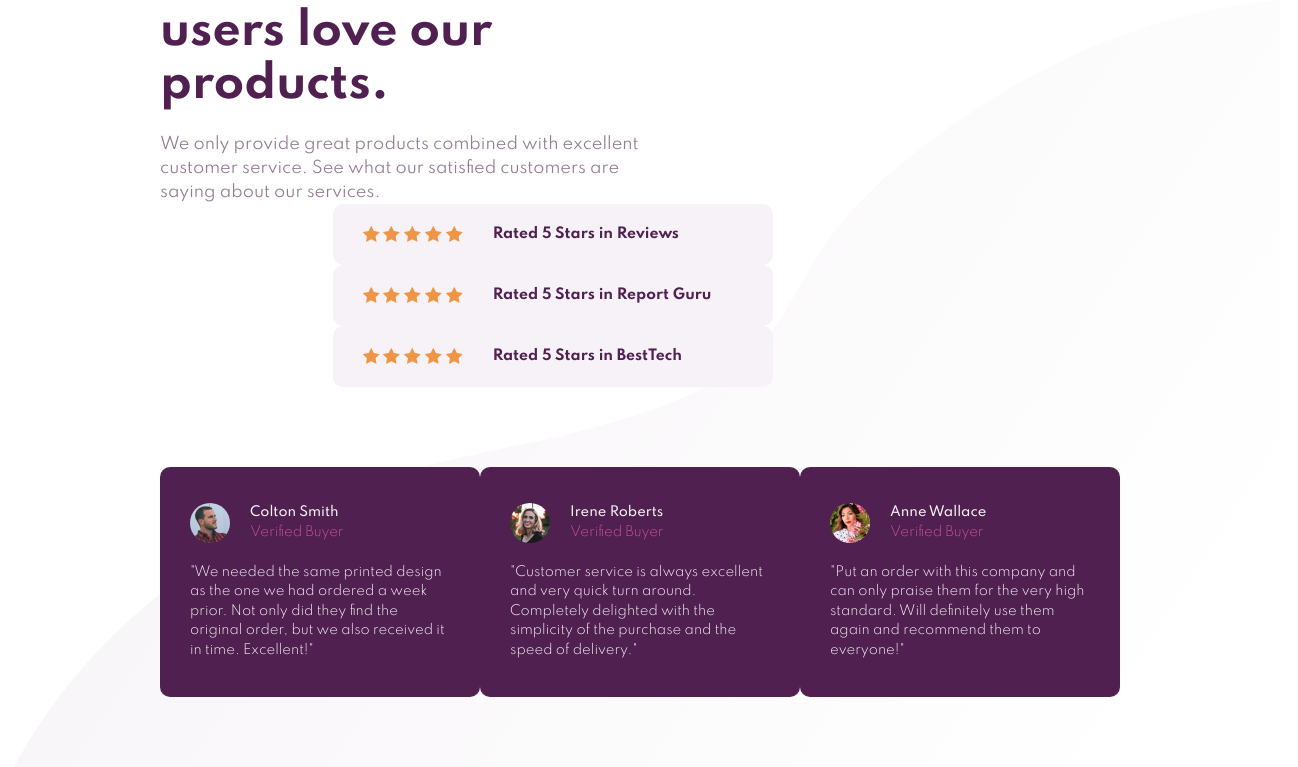
Repository: metehankasapp/social-proof-section-master
Page: index.html
An editor plug-in stored every save of this project. The page is shown before and after the next save, followed by the edit.
The browser window is 1280 px wide. The page is 1280 px wide, then 1298 px, so the pictures cover 1298 px, including what lies to the right of the window. The pictures show the whole page.
Some web libraries are served in a nearby version.

Above is the page before, as saved 2021-12-05 08:48:37.

### index.html
<!DOCTYPE html>
<html lang="en">

<head>
  <meta charset="UTF-8" />
  <meta name="viewport" content="width=device-width, initial-scale=1.0" />

  <title>Frontend Mentor | Social proof section</title>
  <link rel="preconnect" href="https://fonts.googleapis.com" />
  <link rel="preconnect" href="https://fonts.gstatic.com" crossorigin />
  <link href="https://fonts.googleapis.com/css2?family=Spartan:wght@100;200;300;400;500;600;700;800;900&display=swap"
    rel="stylesheet" />
  <link href="https://cdn.jsdelivr.net/npm/bootstrap@5.1.3/dist/css/bootstrap.min.css" rel="stylesheet"
    integrity="sha384-1BmE4kWBq78iYhFldvKuhfTAU6auU8tT94WrHftjDbrCEXSU1oBoqyl2QvZ6jIW3" crossorigin="anonymous" />
  <link rel="stylesheet" href="style.css" />
</head>

<body>
  <div class="main-ctr">
    <div class="w-100 row p-0 header-ctr">
      <div class="col-12 col-lg-6 header-area">
        <div class="header-purple">
          <h5>10,000+ of our users love our products.</h5>
        </div>

        <p class="m-0 header-text">
          We only provide great products combined with excellent customer
          service. See what our satisfied customers are saying about our
          services.
        </p>
      </div>

      <div class="
            col-12 col-lg-6
            second-col
            d-flex
            justify-content-between
            align-items-baseline
            flex-column
          ">
        <div class="rate-container">
          <div class="stars">
            <img src="images/icon-star.svg" alt="" />
            <img src="images/icon-star.svg" alt="" />

            <img src="images/icon-star.svg" alt="" />
            <img src="images/icon-star.svg" alt="" />
            <img src="images/icon-star.svg" alt="" />
          </div>
          <p class="m-0">Rated 5 Stars in Reviews</p>
        </div>
        <div class="rate-container">
          <div class="stars">
            <img src="images/icon-star.svg" alt="" />
            <img src="images/icon-star.svg" alt="" />

            <img src="images/icon-star.svg" alt="" />
            <img src="images/icon-star.svg" alt="" />
            <img src="images/icon-star.svg" alt="" />
          </div>
          <p class="m-0">Rated 5 Stars in Report Guru</p>
        </div>
        <div class="rate-container">
          <div class="stars">
            <img src="images/icon-star.svg" alt="" />
            <img src="images/icon-star.svg" alt="" />

            <img src="images/icon-star.svg" alt="" />
            <img src="images/icon-star.svg" alt="" />
            <img src="images/icon-star.svg" alt="" />
          </div>
          <p class="m-0">Rated 5 Stars in BestTech</p>
        </div>
      </div>
    </div>

    <div class="
          w-100
          m-0
          p-0
          d-flex
          flex-column flex-lg-row
          justify-content-between
          align-items-baseline
        ">
      <div class="card-ctr">
        <div class="card-item">
          <div class="card-headerr ">
            <div class="card-img">
              <img src="images/image-colton.jpg" alt="" />
            </div>
            <div class="card-text">
              <p class="card-fs">Colton Smith</p>
              <p class="card-job">Verified Buyer</p>
            </div>
          </div>
          <div class="card-second">
            <p>
              "We needed the same printed design as the one we had ordered a
              week prior. Not only did they find the original order, but we also
              received it in time. Excellent!"
            </p>
          </div>
        </div>
      </div>

      <div class="card-ctr">
        <div class="card-item">
          <div class="card-headerr">
            <div class="card-img">
              <img src="images/image-irene.jpg" alt="" />
            </div>
            <div class="card-text">
              <p class="card-fs">Irene Roberts</p>
              <p class="card-job">Verified Buyer</p>
            </div>
          </div>
          <div class="card-second">
            <p>
              "Customer service is always excellent and very quick turn around.
              Completely delighted with the simplicity of the purchase and the
              speed of delivery."
            </p>
          </div>
        </div>
      </div>

      <div class="card-ctr">
        <div class="card-item">
          <div class="card-headerr">
            <div class="card-img">
              <img src="images/image-anne.jpg" alt="" />
            </div>
            <div class="card-text">
              <p class="card-fs">Anne Wallace</p>
              <p class="card-job">Verified Buyer</p>
            </div>
          </div>
          <div class="card-second">
            <p>
              "Put an order with this company and can only praise them for the
              very high standard. Will definitely use them again and recommend
              them to everyone!"
            </p>
          </div>
        </div>
      </div>
    </div>
  </div>

  <script src="https://cdn.jsdelivr.net/npm/bootstrap@5.1.3/dist/js/bootstrap.bundle.min.js"
    integrity="sha384-ka7Sk0Gln4gmtz2MlQnikT1wXgYsOg+OMhuP+IlRH9sENBO0LRn5q+8nbTov4+1p" crossorigin="anonymous">
  </script>
  <script src="https://cdn.jsdelivr.net/npm/@popperjs/core@2.10.2/dist/umd/popper.min.js"
    integrity="sha384-7+zCNj/IqJ95wo16oMtfsKbZ9ccEh31eOz1HGyDuCQ6wgnyJNSYdrPa03rtR1zdB" crossorigin="anonymous">
  </script>
  <script src="https://cdn.jsdelivr.net/npm/bootstrap@5.1.3/dist/js/bootstrap.min.js"
    integrity="sha384-QJHtvGhmr9XOIpI6YVutG+2QOK9T+ZnN4kzFN1RtK3zEFEIsxhlmWl5/YESvpZ13" crossorigin="anonymous">
  </script>
</body>

</html>

### style.css
* {
  margin: 0;
  padding: 0;
  box-sizing: border-box;
}

html {
  font-size: 10px;
}

body {
  background-image: url("images/bg-pattern-bottom-desktop.svg");
  background-size: cover;
  height: 100vh;
  font-size: 1.6rem;
  font-family: "Spartan", sans-serif;
  display: flex;
  justify-content: center;
  align-items: center;

  padding: 12rem 16rem;
}

.second-col {
  padding-left: 100px;
}
.header-ctr {
  margin-bottom: 8rem;
}

.header-area {
  width: 500px;
}
.header-purple h5 {
  font-weight: 700;
  font-size: 44px;
  color: hsl(300, 43%, 22%);
  margin-bottom: 2rem;
}

.header-text {
  font-size: 16px;
  color: hsl(303, 10%, 53%);
}

.rate-container {
  color: hsl(300, 43%, 22%);
  font-weight: 700;
  padding: 2rem 3rem;
  background-color: hsl(300, 24%, 96%);
  font-size: 14px;
  border-radius: 10px;
  width: 440px;
  display: flex;
  justify-content: baseline;
  align-items: baseline;
}

.rate-container:nth-child(2) {
  margin-left: 4rem;
}
.rate-container:nth-child(3) {
  margin-left: 8rem;
}

.stars {
  margin-right: 3rem;
}

.card-item {
  background-color: hsl(300, 43%, 22%);
  border-radius: 10px;
  padding: 3rem;
  max-width: 350px;
  height: 230px;
  display: flex;
  justify-content: center;
  align-items: baseline;
  flex-direction: column;
}

.card-ctr{
    height: 300px;
    position: relative;
}
.card-item:nth-child(1){
    top: 10px;
    left: 0;
}

.card-item-:nth-child(1){



}

.card-item:nth-child(3){

}

.card-headerr {
  display: flex;
  flex-direction: row;
  align-items: center;
  justify-content: baseline;
  margin-bottom: 2rem;

}

.card-img {
  display: inline-block;
  width: 40px !important;
}

.card-item img {
  width: 40px;
  border-radius: 50%;
}

.card-text {
  margin-left: 2rem;
  display: flex;
  flex-direction: column;
  justify-content: center;
  align-items: baseline;
}
.card-fs {
  color: hsl(300, 24%, 96%);
  font-size: 13px;
  margin-bottom: 0;
  font-weight: 500;
}

.card-job {
  color: hsl(300, 24%, 96%);
  font-size: 13px;
  margin-bottom: 0;
  font-weight: 200;
  color: hsl(333, 80%, 67%);
}


.card-second p{
    margin-bottom: 0;
    color: hsl(300, 24%, 96%);
    font-size: 13px;
    font-weight: 300;
}

After the next save:
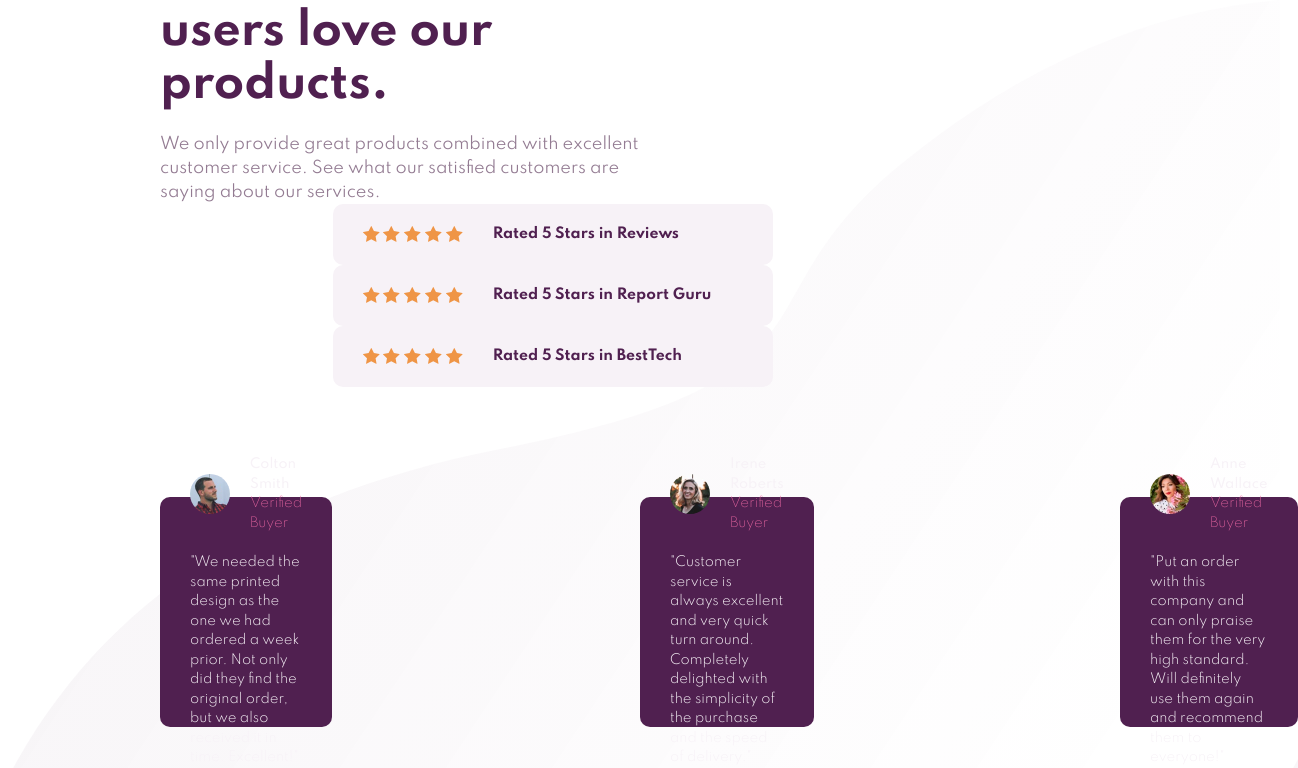
Saved 13 s later.
--- a/style.css
+++ b/style.css
@@ -84,7 +84,8 @@ body {
     position: relative;
 }
 .card-item:nth-child(1){
-    top: 10px;
+    position: absolute;
+    top: 30px;
     left: 0;
 }
 
